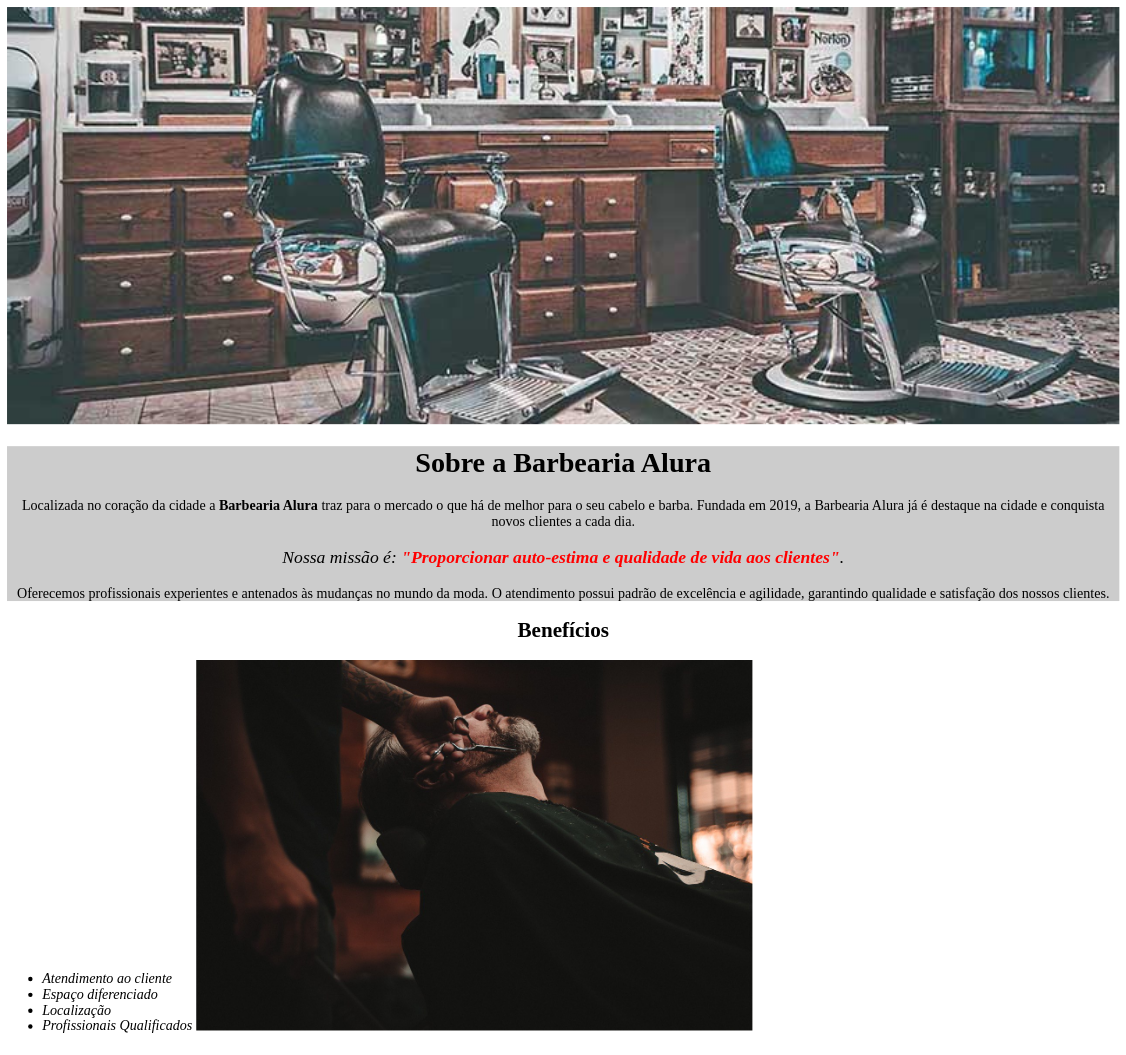
Repository: RenatoCCS/Barbearia_Alura
Page: index.html
The author's editor kept a copy of each file at every save. The page is drawn from the files as they stood at one save, then again after the next save.
The browser window is 1280 px wide. The pictures show the whole page, at 88% of full size.

Above is the page before, as saved 2022-10-17 21:22:21.

### index.html
<!DOCTYPE html>

<html lang="pt-br">
  <head>
    <meta charset="UTF-8" />
    <title>Barbearia Alura</title>
    <link rel="stylesheet" href="style.css" />
  </head>

  <body>
    <img id="banner" src="banner.jpg" />
    <div class="principal">
      <h1>Sobre a Barbearia Alura</h1>

      <p style="text-align: center">
        Localizada no coração da cidade a <strong>Barbearia Alura</strong> traz
        para o mercado o que há de melhor para o seu cabelo e barba. Fundada em
        2019, a Barbearia Alura já é destaque na cidade e conquista novos
        clientes a cada dia.
      </p>

      <p id="missao">
        <em>
          Nossa missão é:
          <strong
            >"Proporcionar auto-estima e qualidade de vida aos clientes"</strong
          >.
        </em>
      </p>

      <p style="text-align: center">
        Oferecemos profissionais experientes e antenados às mudanças no mundo da
        moda. O atendimento possui padrão de excelência e agilidade, garantindo
        qualidade e satisfação dos nossos clientes.
      </p>
    </div>

    <div class="beneficios">
      <h2>Benefícios</h2>
      <ul>
        <li class="itens">Atendimento ao cliente</li>
        <li class="itens">Espaço diferenciado</li>
        <li class="itens">Localização</li>
        <li class="itens">Profissionais Qualificados</li>
      </ul>
      <img src="beneficios.jpg" class="imagembeneficios" />
    </div>
  </body>
</html>

### style.css
body {
}

#banner {
  width: 100%;
}

.principal {
  background: #cccccc;
}

h1 {
  text-align: center;
}

p {
  text-align: center;
}

#missao {
  font-size: 20px;
}

em strong {
  color: #ff0000;
}

.itens {
  font-style: italic;
}

.beneficios {
  background: #ffffff;
}

h2 {
  text-align: center;
}

ul {
  display: inline-block;
}

.imagembeneficios {
  width: 50%;
}

After the next save:
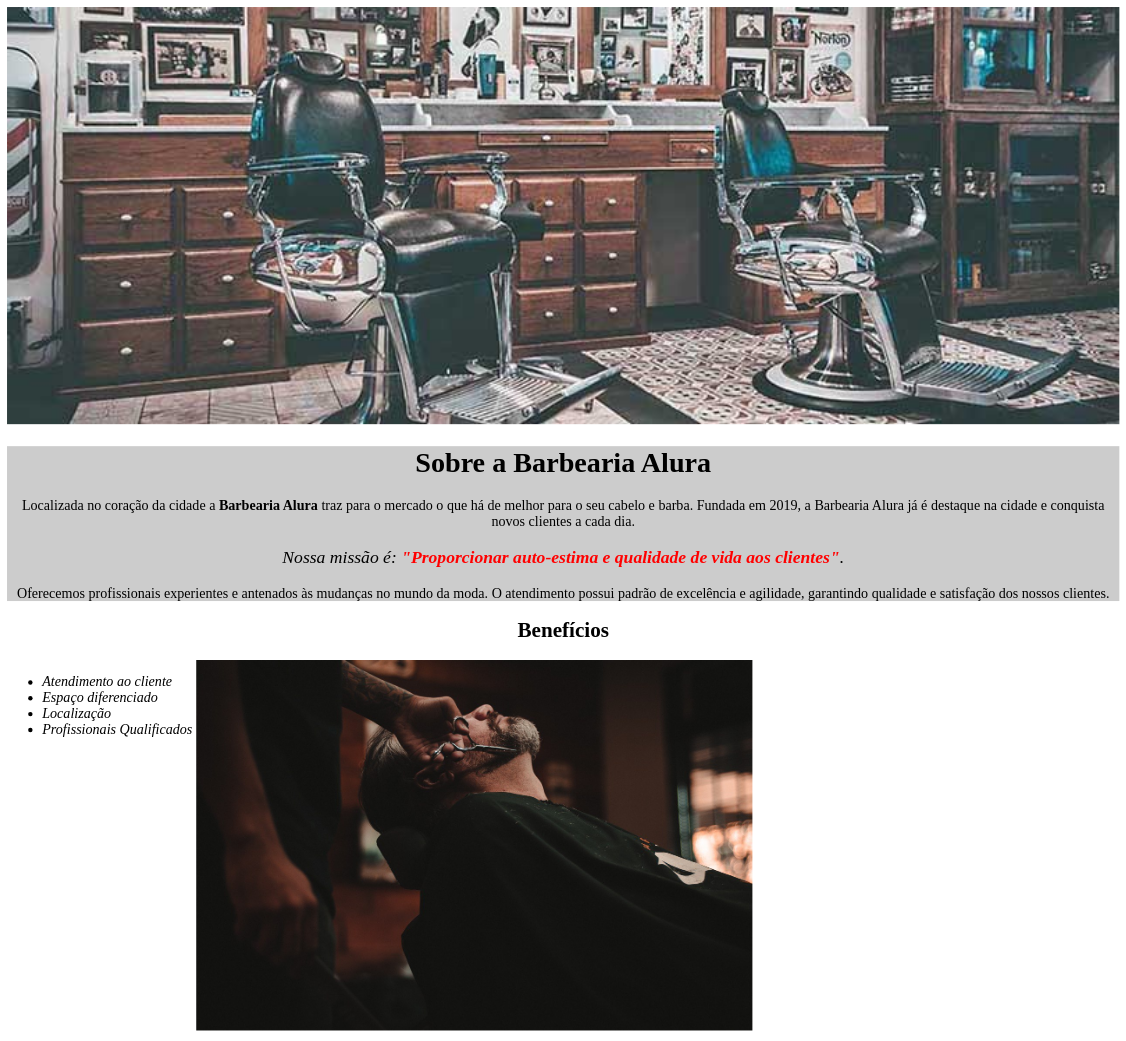
Saved 37 s later.
--- a/style.css
+++ b/style.css
@@ -39,6 +39,7 @@ h2 {
 
 ul {
   display: inline-block;
+  vertical-align: top;
 }
 
 .imagembeneficios {
